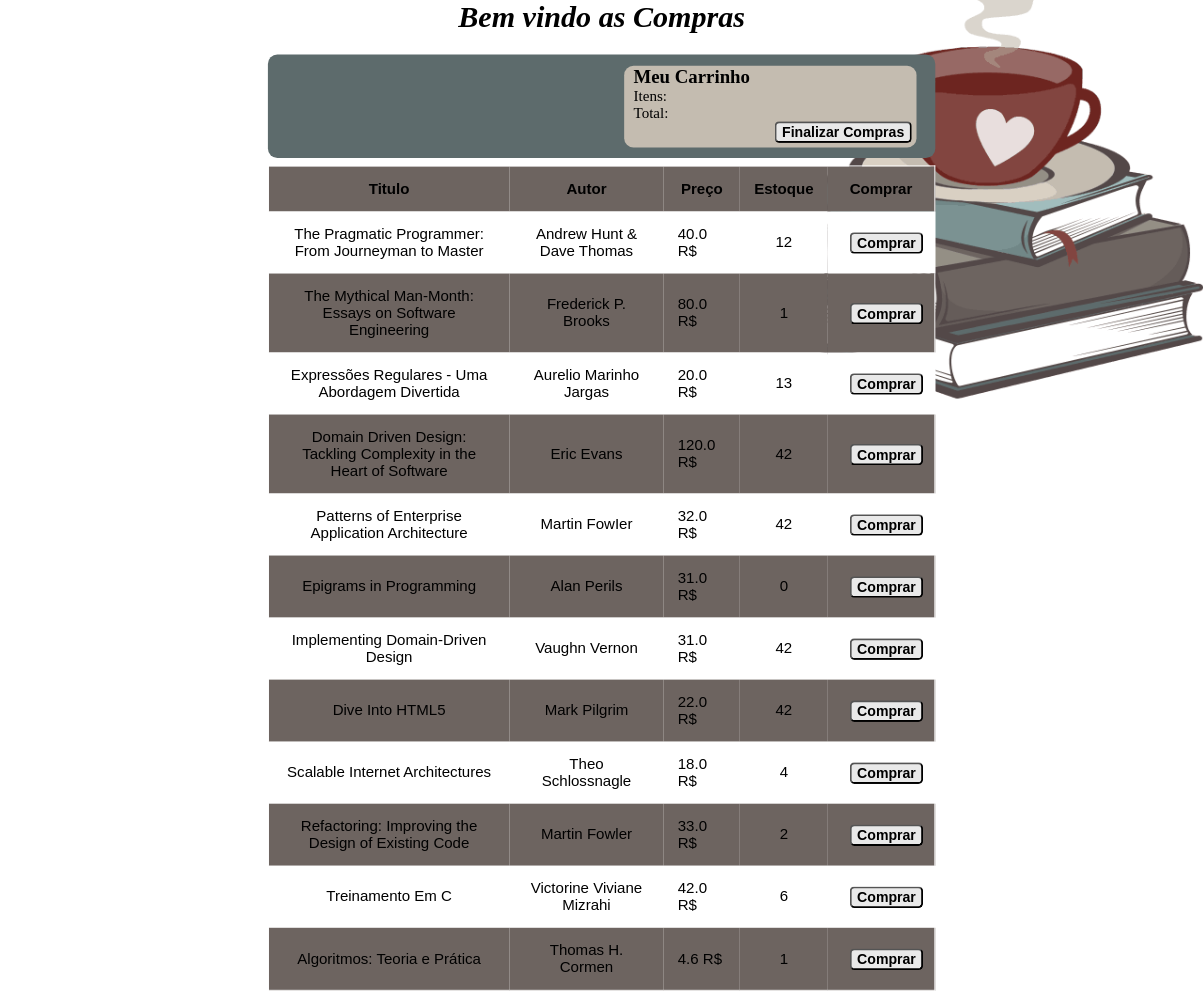
Repository: gabriellacrystina/ProjetoTegra
Page: http://localhost/book-store/Produtos
An editor plug-in stored every save of this project. The page is shown before and after the next save, followed by the edit.
The browser window is 1280 px wide. The pictures show the whole page, at 94% of full size.
The page is served by Tomcat 9.

Above is the page before, as saved 2016-07-08 00:48:19.

After the next save:
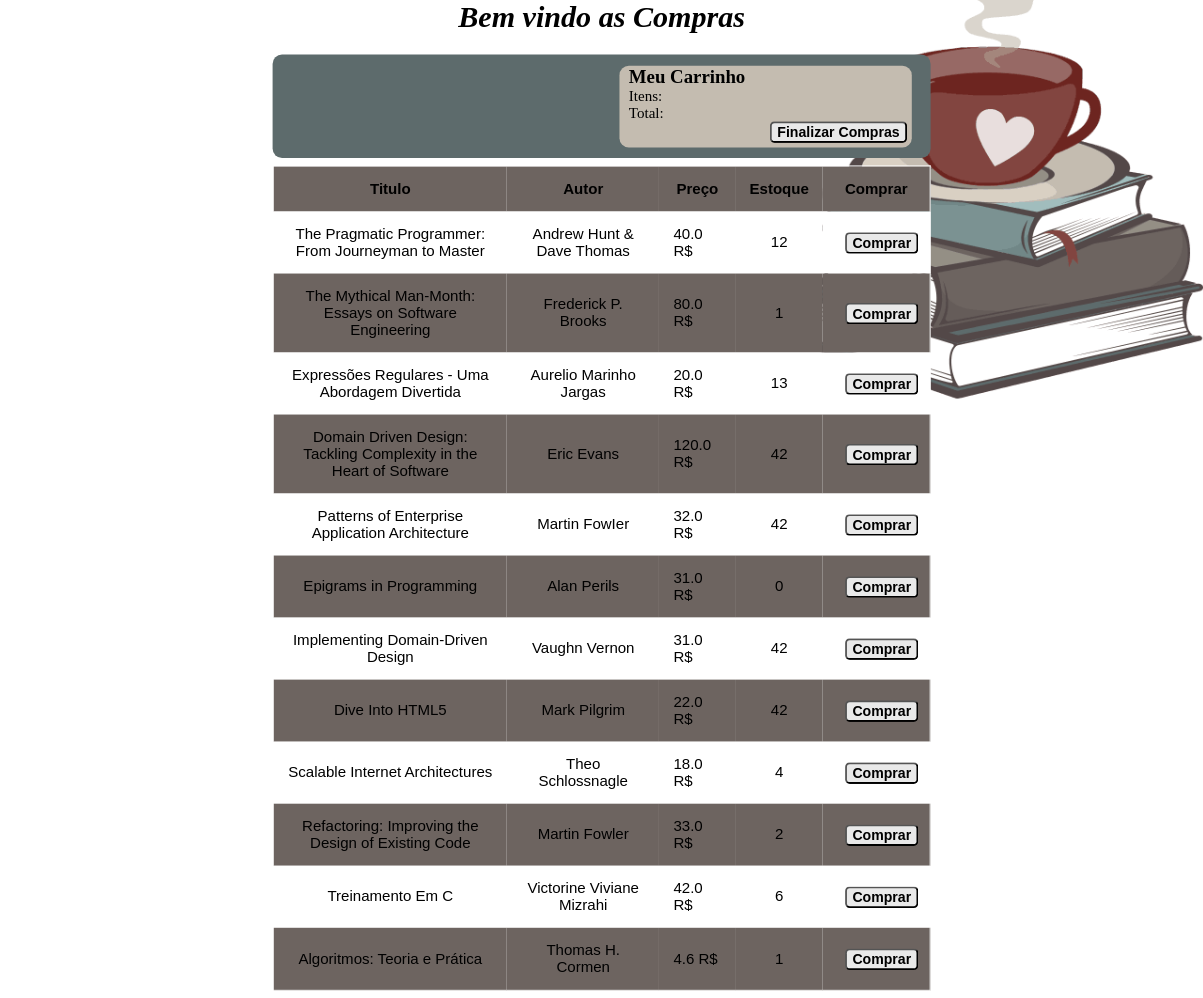
Saved 49 s later.
--- a/book-store/WebContent/book-store-style.css
+++ b/book-store/WebContent/book-store-style.css
@@ -5,7 +5,7 @@ body {
 	background-repeat: no-repeat;
 	background-position: right top;
 	background-attachment: initial;
-    width: 710px;
+    width: 700px;
     margin-top: 0px;
     margin-left: auto;
 	margin-right: auto;
